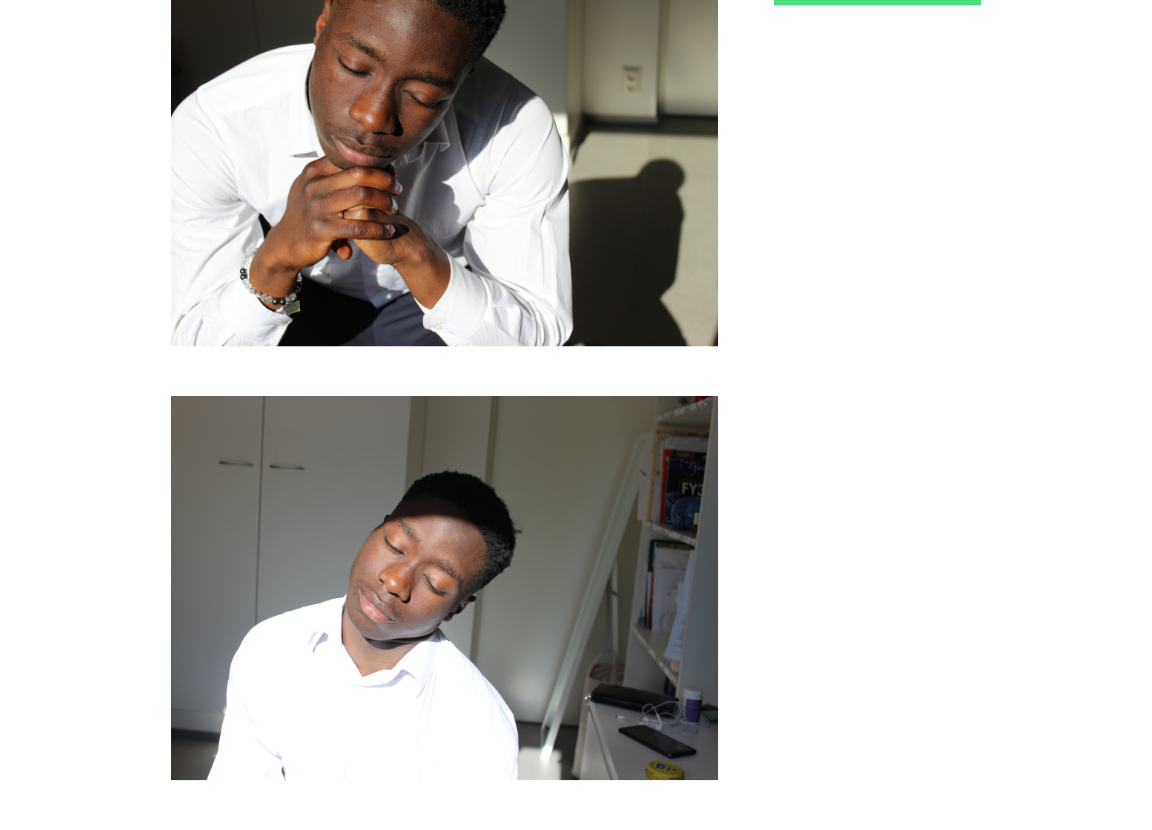
Repository: Graquick/Blog
Page: /photos
An editor plug-in stored every save of this project. The page is shown before and after the next save, followed by the edit.
The browser window is 1280 px wide. The pictures show the whole page, at 90% of full size.
The project was rebuilt for these pictures with package versions that can differ from the ones it lists, and the page was loaded fresh each time. The framework's server and built-in components were replaced by stand-ins that run in the browser. Also part of the build but not shown: next.config.js, components/Footer.js.

Above is the page before, as saved 2022-07-07 14:17:27.

### pages/_app.js
import React, { useState, useEffect, useRef, useCallback } from 'react';
import { AnimatePresence } from 'framer-motion'
import { ThemeProvider } from 'next-themes'
import { useRouter } from 'next/router'
import '../styles/globals.css'

function MyApp({ Component, pageProps }) {
  const timeoutRef = useRef();

  const clearTimer = useCallback(
    () => clearTimeout(timeoutRef.current),
    []
  );

  // useEffect(() => {
  //   if (timeoutRef.current) clearTimer();

  //   timeoutRef.current = setTimeout(() => {
  //     window.scrollTo(0, 0);
  //   }, 10);

  //   return () => {
  //     clearTimer();
  //   };
  // }, [clearTimer]);

  useEffect(() => {
    window.history.scrollRestoration = 'manual'
  }, []);


  return (
    <AnimatePresence>
      <ThemeProvider attribute="class">
        <Component {...pageProps} />
      </ThemeProvider>
    </AnimatePresence>
  )
}

export default MyApp

### pages/_document.js
import { Html, Head, Main, NextScript } from 'next/document'

export default function Document() {
  return (
    <Html>
      <Head />
      <body style={{ fontFamily: "Raleway, Roboto", scrollBehavior: "smooth" }}>
        <Main />
        <NextScript />
      </body>
    </Html>
  )
}

### pages/photos.js
import React, { useState, useEffect, useRef } from 'react';
import Head from 'next/head';
import Image from 'next/image';
import Link from 'next/link';
import { useRouter } from 'next/router';
import { motion, AnimatePresence } from 'framer-motion';
import { Icon } from '@iconify/react';

import profile from '../public/profile.png'
import photo1 from '../public/photo-1.png'
import photo2 from '../public/photo-2.png'

import Footer from "../components/Footer";
import Header from "../components/Header";

const photos = [
    { id: 1, src: photo1 },
    { id: 2, src: photo2 }
]

const desc = [
    { id: 1, title: 'About', src: photo1, desc: "This blog site is built with Next.js and designed by Figma. This website includes photos and posts related to my work.", desc2: "This blog site is built with Next.js and designed by Figma. This website includes photos and posts related to my work."  },
    { id: 2, title: 'Photos', src: photo2, desc: "This blog site is built with Next.js and designed by Figma. This website includes photos and posts related to my work.", desc2: "This blog site is built with Next.js and designed by Figma. This website includes photos and posts related to my work." }
]

const layInfo = {
    fixed: "absolute bottom-[4rem] right-0 m-auto flex flex w-[230px] justify-between"
}

export default function Photos() {
  return (
    <>
      <motion.main className="min-h-screen">
          <div className="absolute top-0 left-0 bottom-0 right-0 m-auto w-fit h-fit">
            <Header />
            <div className="w-[900px] h-fit flex justify-between">
              <div>
                {photos.map((img, i) => (
                  <div key={i} className="mb-12">
                    <Image src={img.src}
                      alt="Img"
                      width={608}
                      height={427}
                      blurDataURL={profile}
                      placeholder="blur"
                      priority
                    />
                  </div>
                ))}
              </div>

              <div className="w-[230px] bg-green-400 h-full flex flex-col justify-between">
                {desc.map((desc, i) => (
                  <div key={i}>
                    <h2>{desc.title}</h2>
                  </div>
                ))}
              </div>

              {/* <div className="w-[230px] h-full flex flex-col justify-between">
                <h1 className="text-[2.25rem] font-bold leading-10">Brima Freeman</h1>
                <div className="h-[215px] flex flex-col justify-between">
                  <p className="text-[.9rem]">Hey, I&apos;m a Frontend Developer based in Finland. I enjoy working with Next.js and crafting beautiful front-end experiences.
                  </p>
                  <p className="text-[.9rem]">
                  This blog site is built with Next.js and designed by Figma. This website includes photos and posts related to my work.
                  </p>
                </div>
                <Footer />
              </div> */}
            </div>
        </div>
      </motion.main>
    </>
  )
}

### styles/globals.css
@import url('https://fonts.googleapis.com/css2?family=Press+Start+2P&family=Raleway:wght@300;400;500;600;700&family=Roboto:wght@300;400;500;700&display=swap');
@tailwind base;
@tailwind components;
@tailwind utilities;

* {
  box-sizing: border-box;
}

html,
body {
  padding: 0;
  margin: 0;
}

### components/Header.js
import React, { useState, useEffect, useRef } from 'react';
import Head from 'next/head';
import Image from 'next/image';
import Link from 'next/link';
import { useRouter } from 'next/router';
import { motion, AnimatePresence } from 'framer-motion';
import { Icon } from '@iconify/react';

const Logo = () => {
    return (
        <div className="w-fit flex justify-center gap-2 cursor-pointer transition-all duration-150 ease-in-out group">
            <div className="text-[1.5rem] font-bold uppercase bg-black text-white w-16 h-16 flex items-end justify-end py-0 px-1 ease-in-out dark:bg-zinc-500 dark:text-zinc-400">bf</div><div className="text-[1.5rem] flex items-end justify-end font-bold uppercase text-black ease-in-out dark:text-zinc-500">
                blog
            </div>
        </div>
    )
}

const links = [
    { id: 1, title: 'About', href: '/'},
    { id: 2, title: 'Photos', href: '/photos'},
    { id: 3, title: 'Posts', href: '/posts'}
]

function Header() {
    const router = useRouter();
  return (
    <>
        <main className="left-0 m-auto right-0 py-8 w-full mb-8 h-[8rem] flex justify-between items-center">
            <div >
                <Logo />
            </div>

            <nav className="h-fit">
                <ul className="flex w-[230px] justify-between">
                    {links.map((links, i) => (
                        <div key={i}>
                            <li className={router.pathname === links.href ? "underline-offset-4 underline" : ""}>
                                <Link href={links.href}>
                                    {links.title}
                                </Link>
                            </li>
                        </div>
                    ))}
                </ul>
            </nav>
        </main>
    </>
  )
}

export default Header

### tailwind.config.js
module.exports = {
  content: [
    "./pages/**/*.{js,ts,jsx,tsx}",
    "./components/**/*.{js,ts,jsx,tsx}",
  ],
  darkMode: "class", // "false" or "media"
  theme: {
    extend: {

    },
    screens: {
      '2xl': {'max': '1440px'},
      // => @media (max-width: 1440px) { ... }

      'xl': {'max': '1024px'},
      // => @media (max-width: 1024px) { ... }

      'lg': {'max': '768px'},
      // => @media (max-width: 768px) { ... }

      'md': {'max': '425px'},
      // => @media (max-width: 425px) { ... }

      'sm': {'max': '375px'},
      // => @media (max-width: 375px) { ... }

      'xs': {'max': '320px'},
      // => @media (max-width: 320px) { ... }
    },
    fontFamily: {
      'raleway': "Raleway, sans-serif",
      'roboto': "Roboto, sans-serif",
      'play': "Press\\ Start\\ 2P, cursive"
    }
  },
  plugins: [require('@tailwindcss/forms')],
}

After the next save:
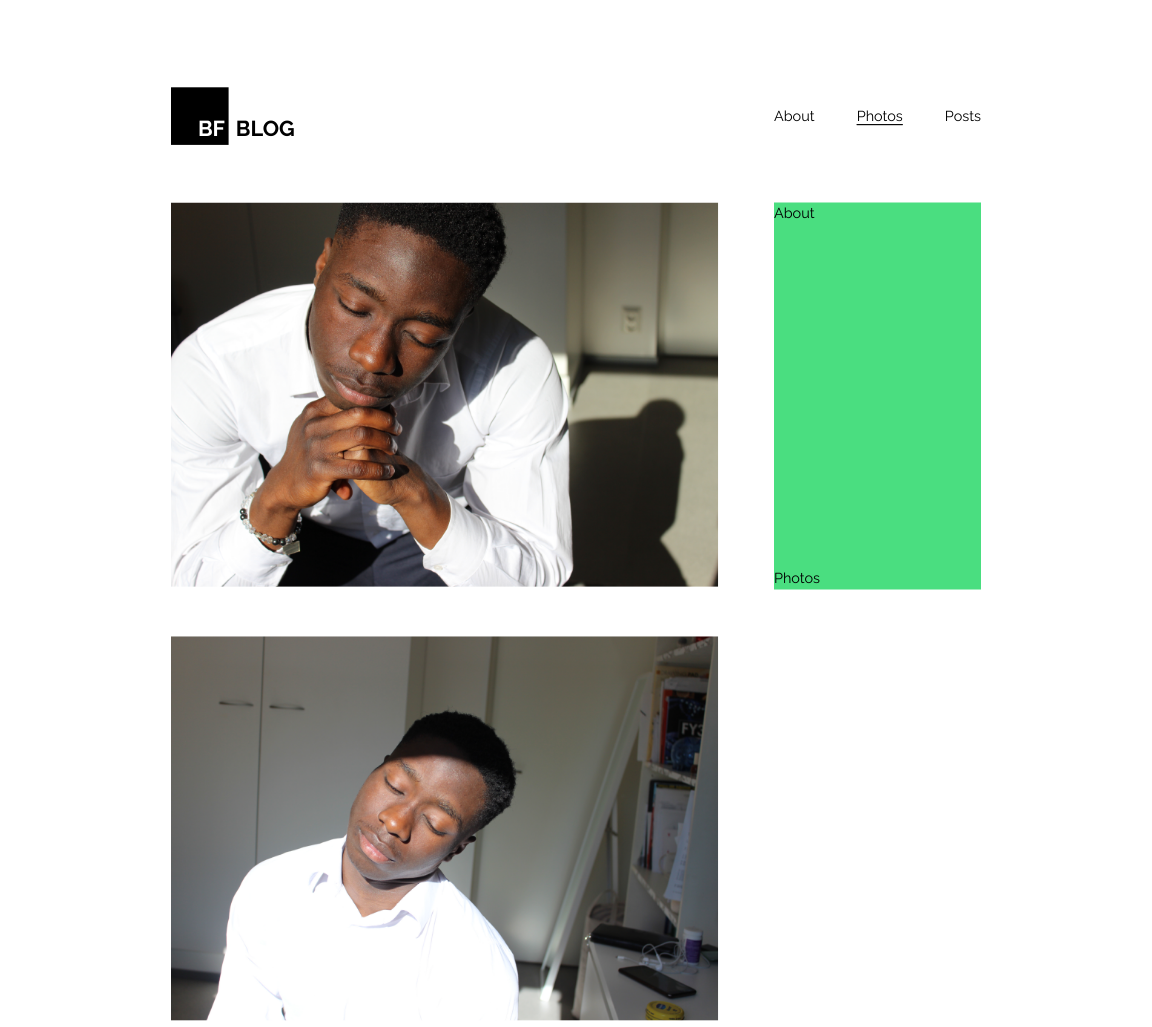
Saved 9 s later.
--- a/pages/photos.js
+++ b/pages/photos.js
@@ -33,7 +33,7 @@ export default function Photos() {
       <motion.main className="min-h-screen">
           <div className="absolute top-0 left-0 bottom-0 right-0 m-auto w-fit h-fit">
             <Header />
-            <div className="w-[900px] h-fit flex justify-between">
+            <div className="w-[900px] h-[430px] flex justify-between">
               <div>
                 {photos.map((img, i) => (
                   <div key={i} className="mb-12">
